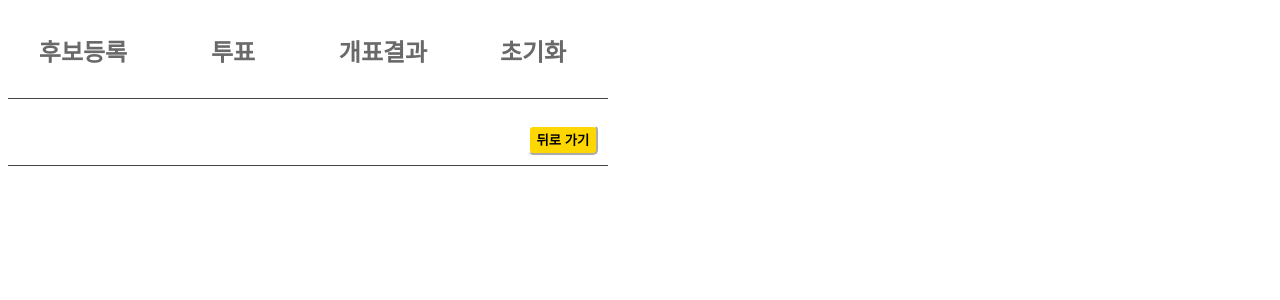
Repository: noheul1030/KOPO-HTML
Page: http://localhost/Tupyo/Tupyo/B_02_H.jsp
The author's editor kept a copy of each file at every save. The page is drawn from the files as they stood at one save, then again after the next save.
The browser window is 1280 px wide. The pictures show the whole page.
The page is served by Tomcat 9. Queries for data that is not in the repository find no rows.

Above is the page before, as saved 2023-06-04 08:50:32.

After the next save:
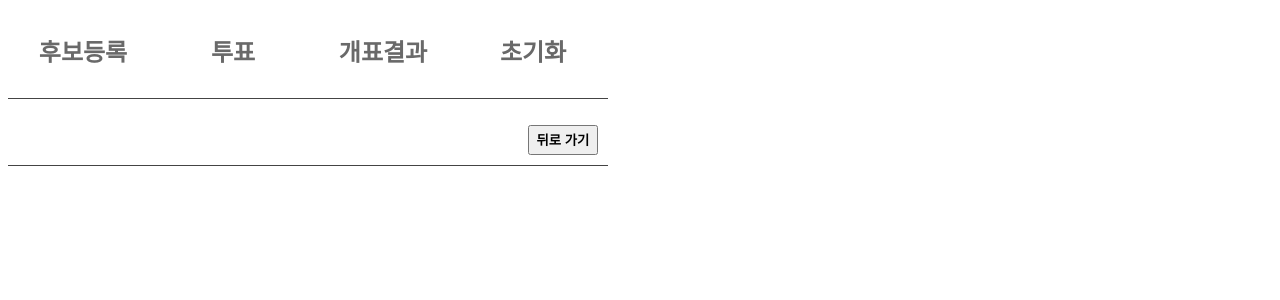
Saved 59 s later.
--- a/Tupyo/src/main/webapp/Tupyo/B_02_H.jsp
+++ b/Tupyo/src/main/webapp/Tupyo/B_02_H.jsp
@@ -95,7 +95,7 @@
 			<td colspan="5"><h4>투표 결과 : 투표 완료 하였습니다.</h4></td>
 <%			}%>
 				<td align = right width = 22%>
-				<input class="fourth" type="submit" value="뒤로 가기" style="width: 70px; height: 30px; padding: 0px;font-weight: bold;" formaction = 'B_01_H.jsp'></td>
+				<input type="submit" value="뒤로 가기" style="width: 70px; height: 30px; padding: 0px;font-weight: bold;" formaction = 'B_01_H.jsp'></td>
 			</tr>
 		</form>
 		</table>

After the save that followed:
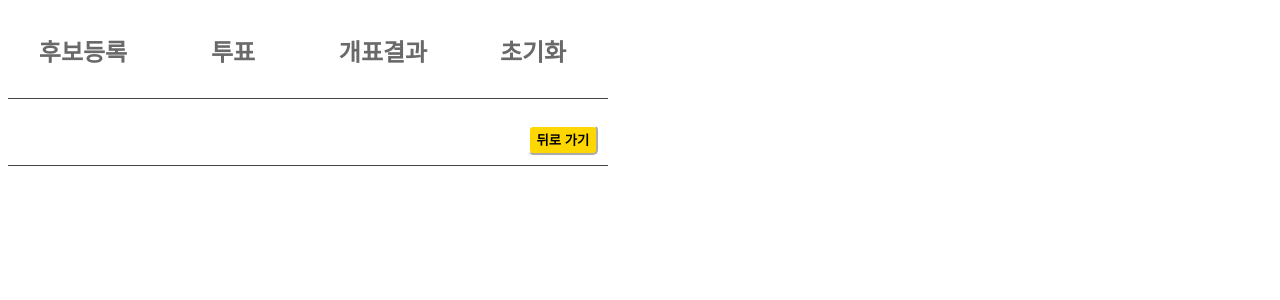
Saved 7 s later.
--- a/Tupyo/src/main/webapp/Tupyo/B_02_H.jsp
+++ b/Tupyo/src/main/webapp/Tupyo/B_02_H.jsp
@@ -95,7 +95,7 @@
 			<td colspan="5"><h4>투표 결과 : 투표 완료 하였습니다.</h4></td>
 <%			}%>
 				<td align = right width = 22%>
-				<input type="submit" value="뒤로 가기" style="width: 70px; height: 30px; padding: 0px;font-weight: bold;" formaction = 'B_01_H.jsp'></td>
+				<input class="fourth" type="submit" value="뒤로 가기" style="width: 70px; height: 30px; padding: 0px;font-weight: bold;" formaction = 'B_01_H.jsp'></td>
 			</tr>
 		</form>
 		</table>
